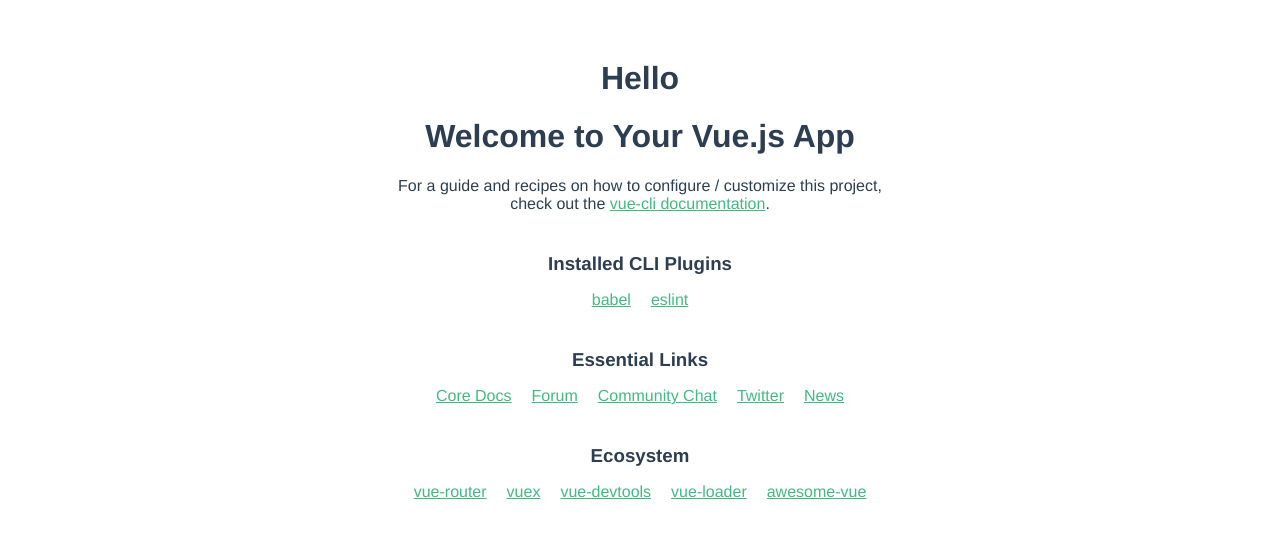
Repository: nosplashurinal/akd-blog
Page: /
These files come from the project's save history. The page is drawn as it stood at one moment and after the next save; the edit follows.
The browser window is 1280 px wide. The pictures show the whole page.
The project was rebuilt for these pictures with package versions that can differ from the ones it lists, and the page was loaded fresh each time.

Above is the page before, as saved 2019-01-21 18:22:48.

### public/index.html
<!DOCTYPE html>
<html lang="en">
  <head>
    <meta charset="utf-8">
    <meta http-equiv="X-UA-Compatible" content="IE=edge">
    <meta name="viewport" content="width=device-width,initial-scale=1.0">
    <link rel="icon" href="<%= BASE_URL %>favicon.ico">
    <title>akd-blog</title>
  </head>
  <body>
    <noscript>
      <strong>We're sorry but akd-blog doesn't work properly without JavaScript enabled. Please enable it to continue.</strong>
    </noscript>
    <div id="app"></div>
    <!-- built files will be auto injected -->
  </body>
</html>

### src/App.vue
<template>
  <div id="app">
    <h1 class="title">Hello</h1>
    <HelloWorld msg="Welcome to Your Vue.js App"/>
  </div>
</template>

<script>
import HelloWorld from './components/HelloWorld.vue'

export default {
  name: 'app',
  components: {
    HelloWorld
  }
}
</script>

<style lang="scss" src="@/styles/app.scss">
</style>

### src/styles/app.scss
#app {
  font-family: 'Avenir', Helvetica, Arial, sans-serif;
  -webkit-font-smoothing: antialiased;
  -moz-osx-font-smoothing: grayscale;
  text-align: center;
  color: #2c3e50;
  margin-top: 60px;
}

Loaded but not shown: src/main.js (common file); src/components/HelloWorld.vue (common file)

After the next save:
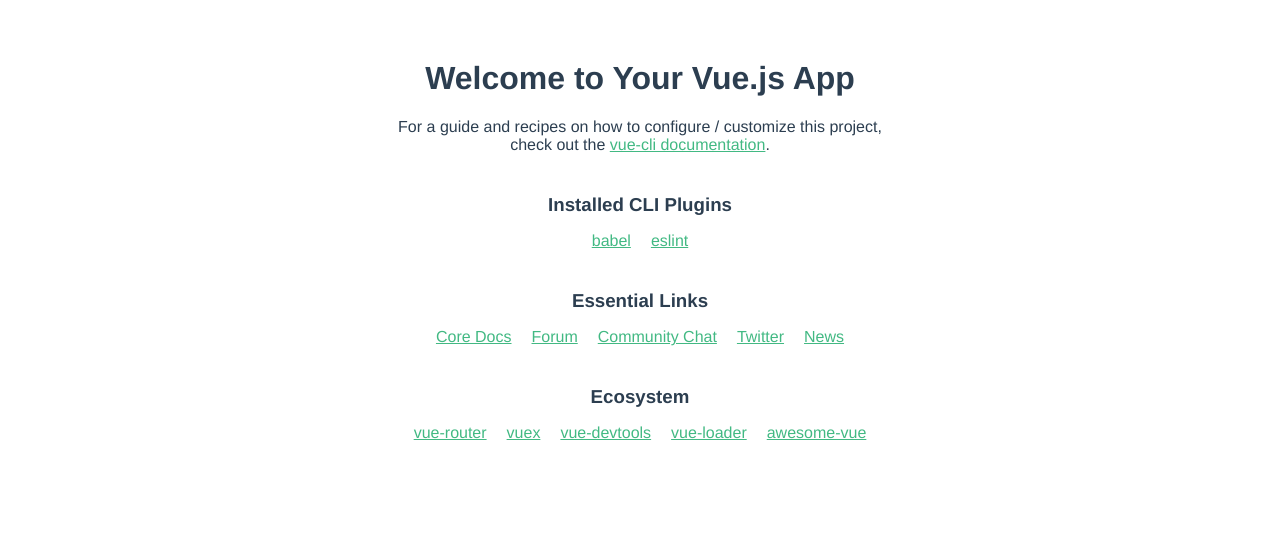
Saved 5 s later.
--- a/src/App.vue
+++ b/src/App.vue
@@ -1,6 +1,5 @@
 <template>
   <div id="app">
-    <h1 class="title">Hello</h1>
     <HelloWorld msg="Welcome to Your Vue.js App"/>
   </div>
 </template>
